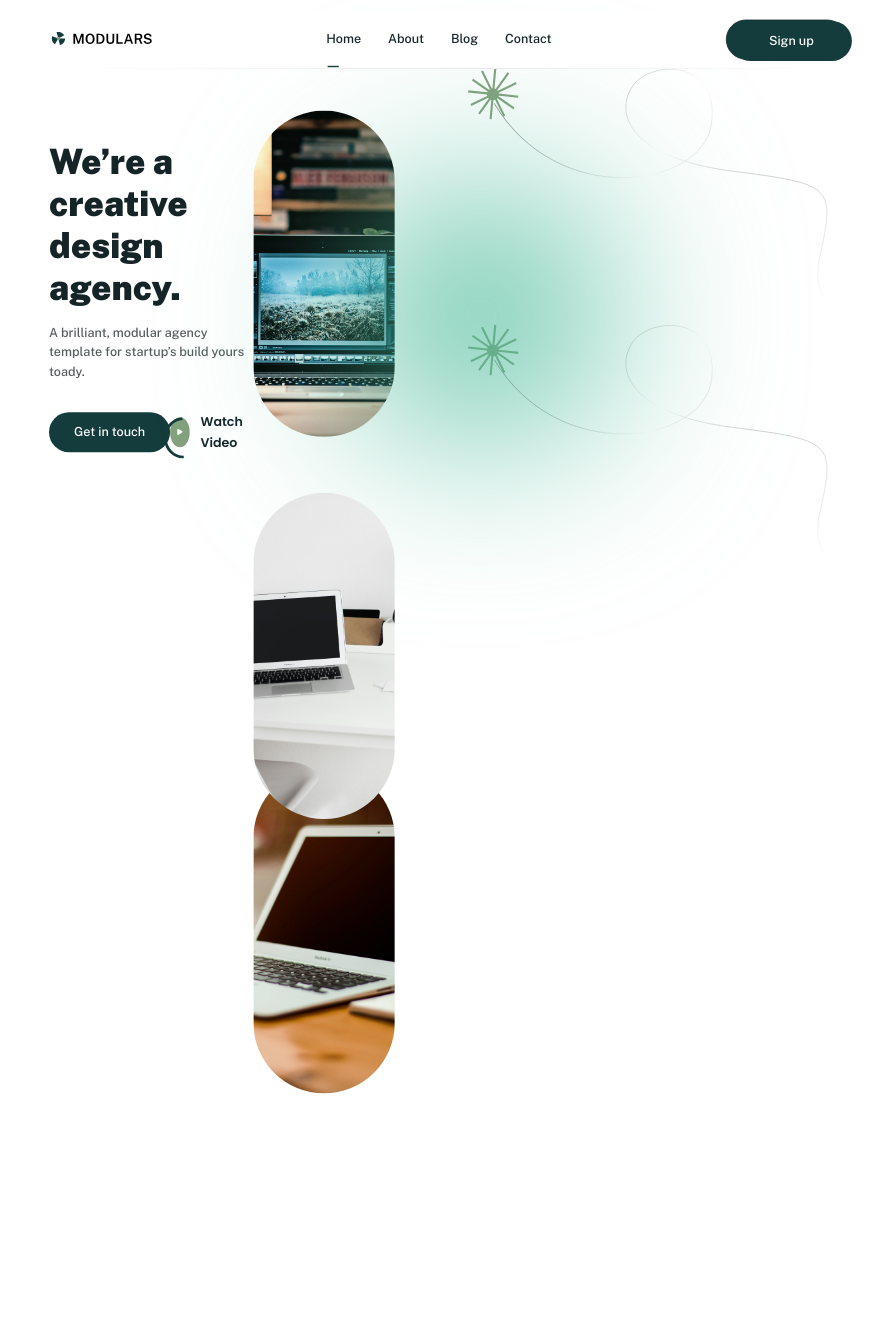
Repository: Learncode-every-day/Project-3.1
Page: index.html
An editor plug-in stored every save of this project. The page is shown before and after the next save, followed by the edit.
The browser window is 1280 px wide. The pictures show the part of the page from y = 0 to 1920 px (the page is 5015 px tall), at 70% of full size.

Above is the page before, as saved 2024-06-23 16:11:46.

### index.html
<!DOCTYPE html>
<html lang="en">
    <head>
        <meta charset="UTF-8" />
        <meta name="viewport" content="width=device-width, initial-scale=1.0" />
        <title>Project 3.1</title>
        <!-- Favicon -->
        <link
            rel="apple-touch-icon"
            sizes="57x57"
            href="./assets/favicon/apple-icon-57x57.png"
        />
        <link
            rel="apple-touch-icon"
            sizes="60x60"
            href="./assets/favicon/apple-icon-60x60.png"
        />
        <link
            rel="apple-touch-icon"
            sizes="72x72"
            href="./assets/favicon/apple-icon-72x72.png"
        />
        <link
            rel="apple-touch-icon"
            sizes="76x76"
            href="./assets/favicon/apple-icon-76x76.png"
        />
        <link
            rel="apple-touch-icon"
            sizes="114x114"
            href="./assets/favicon/apple-icon-114x114.png"
        />
        <link
            rel="apple-touch-icon"
            sizes="120x120"
            href="./assets/favicon/apple-icon-120x120.png"
        />
        <link
            rel="apple-touch-icon"
            sizes="144x144"
            href="./assets/favicon/apple-icon-144x144.png"
        />
        <link
            rel="apple-touch-icon"
            sizes="152x152"
            href="./assets/favicon/apple-icon-152x152.png"
        />
        <link
            rel="apple-touch-icon"
            sizes="180x180"
            href="./assets/favicon/apple-icon-180x180.png"
        />
        <link
            rel="icon"
            type="image/png"
            sizes="192x192"
            href="./assets/favicon/android-icon-192x192.png"
        />
        <link
            rel="icon"
            type="image/png"
            sizes="32x32"
            href="./assets/favicon/favicon-32x32.png"
        />
        <link
            rel="icon"
            type="image/png"
            sizes="96x96"
            href="./assets/favicon/favicon-96x96.png"
        />
        <link
            rel="icon"
            type="image/png"
            sizes="16x16"
            href="./assets/favicon/favicon-16x16.png"
        />
        <link rel="manifest" href="./assets/favicon/manifest.json" />
        <meta name="msapplication-TileColor" content="#ffffff" />
        <meta
            name="msapplication-TileImage"
            content="./assets/favicon/ms-icon-144x144.png"
        />
        <meta name="theme-color" content="#ffffff" />
        <!-- Reset CSS -->
        <link rel="stylesheet" href="./assets/css/reset.css" />
        <!-- Embed Fonts -->
        <link rel="stylesheet" href="./assets/fonts/stylesheet.css" />
        <!-- Style CSS -->
        <link rel="stylesheet" href="./assets/css/style.css" />
    </head>
    <body style="height: 5000px">
        <!-- Header -->
        <header class="header">
            <div class="container">
                <!-- Header top -->
                <div class="header-top">
                    <!-- Logo -->
                    <a href="#!">
                        <img src="./assets/icons/logo.svg" alt="Modulars" />
                    </a>

                    <!-- Navbar -->
                    <nav class="navbar">
                        <ul class="navbar__list">
                            <li class="navbar__item">
                                <a
                                    href="#!"
                                    class="navbar__link navbar__link--active"
                                    >Home</a
                                >
                            </li>
                            <li class="navbar__item">
                                <a href="#!" class="navbar__link">About</a>
                            </li>
                            <li class="navbar__item">
                                <a href="#!" class="navbar__link">Blog</a>
                            </li>
                            <li class="navbar__item">
                                <a href="#!" class="navbar__link">Contact</a>
                            </li>
                        </ul>
                    </nav>

                    <!-- Action -->
                    <button class="header-action">
                        <a href="#!" class="btn">Sign up</a>
                    </button>
                </div>
                <div class="separate-line"></div>
            </div>
        </header>

        <main>
            <!-- Hero -->
            <section class="hero">
                <div class="container">
                    <div class="hero__inner">
                        <!-- Hero Content -->
                        <section class="hero__content">
                            <h1 class="hero__heading">
                                We’re a creative design agency.
                            </h1>
                            <p class="hero__desc">
                                A brilliant, modular agency template for
                                startup’s build yours toady.
                            </p>
                            <div class="hero__row">
                                <a href="#!" class="btn">Get in touch</a>
                                <div class="hero-action">
                                    <div class="play-btn">
                                        <img
                                            src="./assets/icons/eclip.svg"
                                            alt="eclip"
                                            class="eclip-icon"
                                        />
                                        <img
                                            src="./assets/icons/play.svg"
                                            alt="Play button"
                                            class="play-icon"
                                        />
                                    </div>
                                    <span class="hero-action__desc"
                                        >Watch Video</span
                                    >
                                </div>
                            </div>
                        </section>

                        <!-- Hero Media -->
                        <div class="hero__media">
                            <div class="circle"></div>
                            <figure>
                                <img
                                    src="./assets/img/header-1.jpg"
                                    alt=""
                                    class="hero__image"
                                />
                                <img
                                    src="./assets/img/header-2.jpg"
                                    alt=""
                                    class="hero__image"
                                />
                                <img
                                    src="./assets/img/header-3.jpg"
                                    alt=""
                                    class="hero__image"
                                />
                            </figure>
                        </div>

                        <div hero-vector>
                            <img
                                src="./assets/icons/Vector.svg"
                                alt=""
                                class="hero-vector__right"
                            />
                            <img
                                src="./assets/icons/Vector.svg"
                                alt=""
                                class="hero-vector__left"
                            />
                        </div>
                    </div>
                </div>
            </section>
        </main>
    </body>
</html>

### assets/css/reset.css
/* http://meyerweb.com/eric/tools/css/reset/
    v2.0 | 20110126
    License: none (public domain)
*/

html,
body,
div,
span,
applet,
object,
iframe,
h1,
h2,
h3,
h4,
h5,
h6,
p,
blockquote,
pre,
a,
abbr,
acronym,
address,
big,
cite,
code,
del,
dfn,
em,
img,
ins,
kbd,
q,
s,
samp,
small,
strike,
strong,
sub,
sup,
tt,
var,
b,
u,
i,
center,
dl,
dt,
dd,
ol,
ul,
li,
fieldset,
form,
label,
legend,
table,
caption,
tbody,
tfoot,
thead,
tr,
th,
td,
article,
aside,
canvas,
details,
embed,
figure,
figcaption,
footer,
header,
hgroup,
menu,
nav,
output,
ruby,
section,
summary,
time,
mark,
audio,
video {
    margin: 0;
    padding: 0;
    border: 0;
    font-size: 100%;
    font: inherit;
    vertical-align: baseline;
}
/* HTML5 display-role reset for older browsers */
article,
aside,
details,
figcaption,
figure,
footer,
header,
hgroup,
menu,
nav,
section {
    display: block;
}
body {
    line-height: 1;
}
ol,
ul {
    list-style: none;
}
blockquote,
q {
    quotes: none;
}
blockquote:before,
blockquote:after,
q:before,
q:after {
    content: "";
    content: none;
}
table {
    border-collapse: collapse;
    border-spacing: 0;
}

### assets/fonts/stylesheet.css
/* ================= Sonsie One ================= */
@font-face {
    font-family: "Sonsie One";
    src: url("SonsieOne/SonsieOne-Regular.woff2") format("woff2"),
        url("SonsieOne/SonsieOne-Regular.woff") format("woff");
    font-weight: normal;
    font-style: normal;
    font-display: swap;
}

/* ================= Public Sans ================= */
@font-face {
    font-family: "Public Sans";
    src: url("PublicSans/PublicSans-Bold.woff2") format("woff2"),
        url("PublicSans/PublicSans-Bold.woff") format("woff");
    font-weight: bold;
    font-style: normal;
    font-display: swap;
}

@font-face {
    font-family: "Public Sans";
    src: url("PublicSans/PublicSans-ExtraBold.woff2") format("woff2"),
        url("PublicSans/PublicSans-ExtraBold.woff") format("woff");
    font-weight: bold;
    font-style: normal;
    font-display: swap;
}

@font-face {
    font-family: "Public Sans";
    src: url("PublicSans/PublicSans-Light.woff2") format("woff2"),
        url("PublicSans/PublicSans-Light.woff") format("woff");
    font-weight: 300;
    font-style: normal;
    font-display: swap;
}

@font-face {
    font-family: "Public Sans";
    src: url("PublicSans/PublicSans-Medium.woff2") format("woff2"),
        url("PublicSans/PublicSans-Medium.woff") format("woff");
    font-weight: 500;
    font-style: normal;
    font-display: swap;
}

@font-face {
    font-family: "Public Sans";
    src: url("PublicSans/PublicSans-SemiBold.woff2") format("woff2"),
        url("PublicSans/PublicSans-SemiBold.woff") format("woff");
    font-weight: 600;
    font-style: normal;
    font-display: swap;
}

@font-face {
    font-family: "Public Sans";
    src: url("PublicSans/PublicSans-Regular.woff2") format("woff2"),
        url("PublicSans/PublicSans-Regular.woff") format("woff");
    font-weight: normal;
    font-style: normal;
    font-display: swap;
}

@font-face {
    font-family: "Public Sans";
    src: url("PublicSans/PublicSans-BlackItalic.woff2") format("woff2"),
        url("PublicSans/PublicSans-BlackItalic.woff") format("woff");
    font-weight: 900;
    font-style: italic;
    font-display: swap;
}

@font-face {
    font-family: "Public Sans";
    src: url("PublicSans/PublicSans-Black.woff2") format("woff2"),
        url("PublicSans/PublicSans-Black.woff") format("woff");
    font-weight: 900;
    font-style: normal;
    font-display: swap;
}

@font-face {
    font-family: "Public Sans";
    src: url("PublicSans/PublicSans-BoldItalic.woff2") format("woff2"),
        url("PublicSans/PublicSans-BoldItalic.woff") format("woff");
    font-weight: bold;
    font-style: italic;
    font-display: swap;
}

@font-face {
    font-family: "Public Sans";
    src: url("PublicSans/PublicSans-ExtraLight.woff2") format("woff2"),
        url("PublicSans/PublicSans-ExtraLight.woff") format("woff");
    font-weight: 200;
    font-style: normal;
    font-display: swap;
}

@font-face {
    font-family: "Public Sans";
    src: url("PublicSans/PublicSans-ExtraBoldItalic.woff2") format("woff2"),
        url("PublicSans/PublicSans-ExtraBoldItalic.woff") format("woff");
    font-weight: bold;
    font-style: italic;
    font-display: swap;
}

@font-face {
    font-family: "Public Sans";
    src: url("PublicSans/PublicSans-Italic.woff2") format("woff2"),
        url("PublicSans/PublicSans-Italic.woff") format("woff");
    font-weight: normal;
    font-style: italic;
    font-display: swap;
}

@font-face {
    font-family: "Public Sans";
    src: url("PublicSans/PublicSans-LightItalic.woff2") format("woff2"),
        url("PublicSans/PublicSans-LightItalic.woff") format("woff");
    font-weight: 300;
    font-style: italic;
    font-display: swap;
}

@font-face {
    font-family: "Public Sans";
    src: url("PublicSans/PublicSans-ExtraLightItalic.woff2") format("woff2"),
        url("PublicSans/PublicSans-ExtraLightItalic.woff") format("woff");
    font-weight: 200;
    font-style: italic;
    font-display: swap;
}

@font-face {
    font-family: "Public Sans";
    src: url("PublicSans/PublicSans-SemiBoldItalic.woff2") format("woff2"),
        url("PublicSans/PublicSans-SemiBoldItalic.woff") format("woff");
    font-weight: 600;
    font-style: italic;
    font-display: swap;
}

@font-face {
    font-family: "Public Sans";
    src: url("PublicSans/PublicSans-Thin.woff2") format("woff2"),
        url("PublicSans/PublicSans-Thin.woff") format("woff");
    font-weight: 100;
    font-style: normal;
    font-display: swap;
}

@font-face {
    font-family: "Public Sans";
    src: url("PublicSans/PublicSans-MediumItalic.woff2") format("woff2"),
        url("PublicSans/PublicSans-MediumItalic.woff") format("woff");
    font-weight: 500;
    font-style: italic;
    font-display: swap;
}

@font-face {
    font-family: "Public Sans";
    src: url("PublicSans/PublicSans-ThinItalic.woff2") format("woff2"),
        url("PublicSans/PublicSans-ThinItalic.woff") format("woff");
    font-weight: 100;
    font-style: italic;
    font-display: swap;
}

/* ================= Poppins ================= */
@font-face {
    font-family: "Poppins";
    src: url("Poppins/Poppins-LightItalic.woff2") format("woff2"),
        url("Poppins/Poppins-LightItalic.woff") format("woff");
    font-weight: 300;
    font-style: italic;
    font-display: swap;
}

@font-face {
    font-family: "Poppins";
    src: url("Poppins/Poppins-Light.woff2") format("woff2"),
        url("Poppins/Poppins-Light.woff") format("woff");
    font-weight: 300;
    font-style: normal;
    font-display: swap;
}

@font-face {
    font-family: "Poppins";
    src: url("Poppins/Poppins-Medium.woff2") format("woff2"),
        url("Poppins/Poppins-Medium.woff") format("woff");
    font-weight: 500;
    font-style: normal;
    font-display: swap;
}

@font-face {
    font-family: "Poppins";
    src: url("Poppins/Poppins-Italic.woff2") format("woff2"),
        url("Poppins/Poppins-Italic.woff") format("woff");
    font-weight: normal;
    font-style: italic;
    font-display: swap;
}

@font-face {
    font-family: "Poppins";
    src: url("Poppins/Poppins-Thin.woff2") format("woff2"),
        url("Poppins/Poppins-Thin.woff") format("woff");
    font-weight: 100;
    font-style: normal;
    font-display: swap;
}

@font-face {
    font-family: "Poppins";
    src: url("Poppins/Poppins-SemiBoldItalic.woff2") format("woff2"),
        url("Poppins/Poppins-SemiBoldItalic.woff") format("woff");
    font-weight: 600;
    font-style: italic;
    font-display: swap;
}

@font-face {
    font-family: "Poppins";
    src: url("Poppins/Poppins-Regular.woff2") format("woff2"),
        url("Poppins/Poppins-Regular.woff") format("woff");
    font-weight: normal;
    font-style: normal;
    font-display: swap;
}

@font-face {
    font-family: "Poppins";
    src: url("Poppins/Poppins-MediumItalic.woff2") format("woff2"),
        url("Poppins/Poppins-MediumItalic.woff") format("woff");
    font-weight: 500;
    font-style: italic;
    font-display: swap;
}

@font-face {
    font-family: "Poppins";
    src: url("Poppins/Poppins-SemiBold.woff2") format("woff2"),
        url("Poppins/Poppins-SemiBold.woff") format("woff");
    font-weight: 600;
    font-style: normal;
    font-display: swap;
}

@font-face {
    font-family: "Poppins";
    src: url("Poppins/Poppins-BoldItalic.woff2") format("woff2"),
        url("Poppins/Poppins-BoldItalic.woff") format("woff");
    font-weight: bold;
    font-style: italic;
    font-display: swap;
}

@font-face {
    font-family: "Poppins";
    src: url("Poppins/Poppins-BlackItalic.woff2") format("woff2"),
        url("Poppins/Poppins-BlackItalic.woff") format("woff");
    font-weight: 900;
    font-style: italic;
    font-display: swap;
}

@font-face {
    font-family: "Poppins";
    src: url("Poppins/Poppins-Black.woff2") format("woff2"),
        url("Poppins/Poppins-Black.woff") format("woff");
    font-weight: 900;
    font-style: normal;
    font-display: swap;
}

@font-face {
    font-family: "Poppins";
    src: url("Poppins/Poppins-ThinItalic.woff2") format("woff2"),
        url("Poppins/Poppins-ThinItalic.woff") format("woff");
    font-weight: 100;
    font-style: italic;
    font-display: swap;
}

@font-face {
    font-family: "Poppins";
    src: url("Poppins/Poppins-ExtraBold.woff2") format("woff2"),
        url("Poppins/Poppins-ExtraBold.woff") format("woff");
    font-weight: bold;
    font-style: normal;
    font-display: swap;
}

@font-face {
    font-family: "Poppins";
    src: url("Poppins/Poppins-Bold.woff2") format("woff2"),
        url("Poppins/Poppins-Bold.woff") format("woff");
    font-weight: bold;
    font-style: normal;
    font-display: swap;
}

@font-face {
    font-family: "Poppins";
    src: url("Poppins/Poppins-ExtraBoldItalic.woff2") format("woff2"),
        url("Poppins/Poppins-ExtraBoldItalic.woff") format("woff");
    font-weight: bold;
    font-style: italic;
    font-display: swap;
}

@font-face {
    font-family: "Poppins";
    src: url("Poppins/Poppins-ExtraLightItalic.woff2") format("woff2"),
        url("Poppins/Poppins-ExtraLightItalic.woff") format("woff");
    font-weight: 200;
    font-style: italic;
    font-display: swap;
}

@font-face {
    font-family: "Poppins";
    src: url("Poppins/Poppins-ExtraLight.woff2") format("woff2"),
        url("Poppins/Poppins-ExtraLight.woff") format("woff");
    font-weight: 200;
    font-style: normal;
    font-display: swap;
}

### assets/css/style.css
* {
    box-sizing: border-box;
}

:root {
    --bg-color: #143c3c;
    /* Màu thay thế */
    --primary-color: #152427;
    --desc-color: #7d8188;
}

html {
    font-size: 62.5%;
}

body {
    font-size: 1.6rem;
    font-family: "Public Sans";
}

/* ===== Common ===== */
a {
    text-decoration: none;
}

input,
textarea,
select,
button {
    font-family: inherit;
    font-size: inherit;
}

.container {
    width: 1140px;
    max-width: calc(100% - 48px);
    margin: 0 auto;
}

.section-heading {
    color: var(--primary-color);
    font-family: Poppins;
    font-size: 4.2rem;
    font-weight: 600;
    line-height: 1.24; /* 123.81% */
}

.section-desc {
    color: var(--desc-color);
    font-family: Poppins;
    font-size: 1.4rem;
    font-weight: 500;
    line-height: 1.71; /* 171.429% */
}

.btn {
    display: flex;
    align-items: center;
    justify-content: center;
    min-width: 173px;
    height: 57px;
    border-radius: 40px;
    background: var(--bg-color);
    color: #fff;
    font-size: 1.8rem;
    font-weight: 500;
    line-height: 1.56; /* 155.556% */
}

/* ===== Header ===== */
.header {
    position: sticky;
    top: 0;
    background: #fff;
    z-index: 9999;
}

.header-top {
    margin-top: 15px;
    padding: 13px 0;
    display: flex;
    align-items: center;
    justify-content: space-between;
}

.navbar__list {
    display: flex;
    min-width: 322px;
    justify-content: space-between;
}

.navbar__link {
    position: relative;
    color: var(--primary-color);
    font-size: 1.8rem;
    font-weight: 500;
    line-height: 1.56; /* 155.556% */
}

.navbar__link--active::before {
    position: absolute;
    content: "";
    left: 2px;
    bottom: -30px;
    width: 16px;
    height: 2px;
    background: var(--bg-color);
}

.header-action {
    width: 173px;
    height: 57px;
    border-radius: 40px;
    border: 1.5px solid var(--primary-color);
    background: var(--bg-color);
}

.separate-line {
    margin-top: -1px;
    width: 100%;
    height: 1px;
    background: linear-gradient(
        90deg,
        #fff 0%,
        #dddcdc 51.09%,
        rgba(212, 212, 212, 0) 99.68%
    );
}

/* ===== Hero ===== */
.hero__inner {
    display: flex;
    justify-content: space-between;
}

.hero__content {
    width: 35%;
}

.hero__heading {
    margin-top: 103px;
    color: var(--primary-color);
    font-size: 5rem;
    font-weight: 800;
    line-height: 1.2; /* 120% */
}

.hero__desc {
    margin-top: 20px;
    color: #575d5e;
    font-size: 1.8rem;
    font-weight: 500;
    line-height: 1.56; /* 155.556% */
}

.hero__row {
    margin-top: 42px;
    display: flex;
    align-items: center;
    justify-content: space-between;
}

.hero-action {
    position: relative;
    display: flex;
    align-items: center;
    justify-content: center;
}

.hero-action__desc {
    color: var(--primary-color);
    font-family: Poppins;
    font-size: 1.8rem;
    font-weight: 600;
    line-height: 1.67; /* 166.667% */
}

.play-btn {
    margin-right: 15px;
    display: flex;
    align-items: center;
    justify-content: center;
    width: 44px;
    height: 43px;
    border-radius: 50%;
    background: #83a17d;
}

.eclip-icon {
    position: absolute;
    left: -9px;
    bottom: -8px;
}

.hero__media {
    position: relative;
    display: flex;
    margin-right: 23px;
    padding-top: 60px;
}

.circle {
    position: absolute;
    top: 182px;
    left: 156px;
    width: 340px;
    height: 340px;
    border-radius: 50%;
    background: #4dbb9a;
    filter: blur(137px);
}

.hero__image {
    margin-right: 20px;
    height: 466px;
    width: 202px;
    object-fit: cover;
    border-radius: 999px;
}

.hero__image:nth-child(2) {
    transform: translateY(77px);
}

.hero__image:last-child {
    margin-right: 0;
}

### assets/icons/Vector.svg
<svg fill="none" width="547" height="363" xmlns="http://www.w3.org/2000/svg"><foreignObject width="100%" height="100%"><div xmlns="http://www.w3.org/1999/xhtml"><style>.container{display:flex;align-items:left;justify-content:center;width:100%;height:363px;background-color:transparent}.skills{position:relative;}.snowflakes{position:absolute;top:0;left:5px}.vector{position:relative;top:0;left:42px}</style><div class="container"><div class="skills"><div class="skills_icon snowflakes"><img src="data:[embedded picture, 1790 characters]"  alt="snowflakes"/></div><div class="skills_icon vector"><img src="data:[embedded picture, 826 characters]"  alt="vecter"/></div></div></div></div></foreignObject></svg>

After the next save:
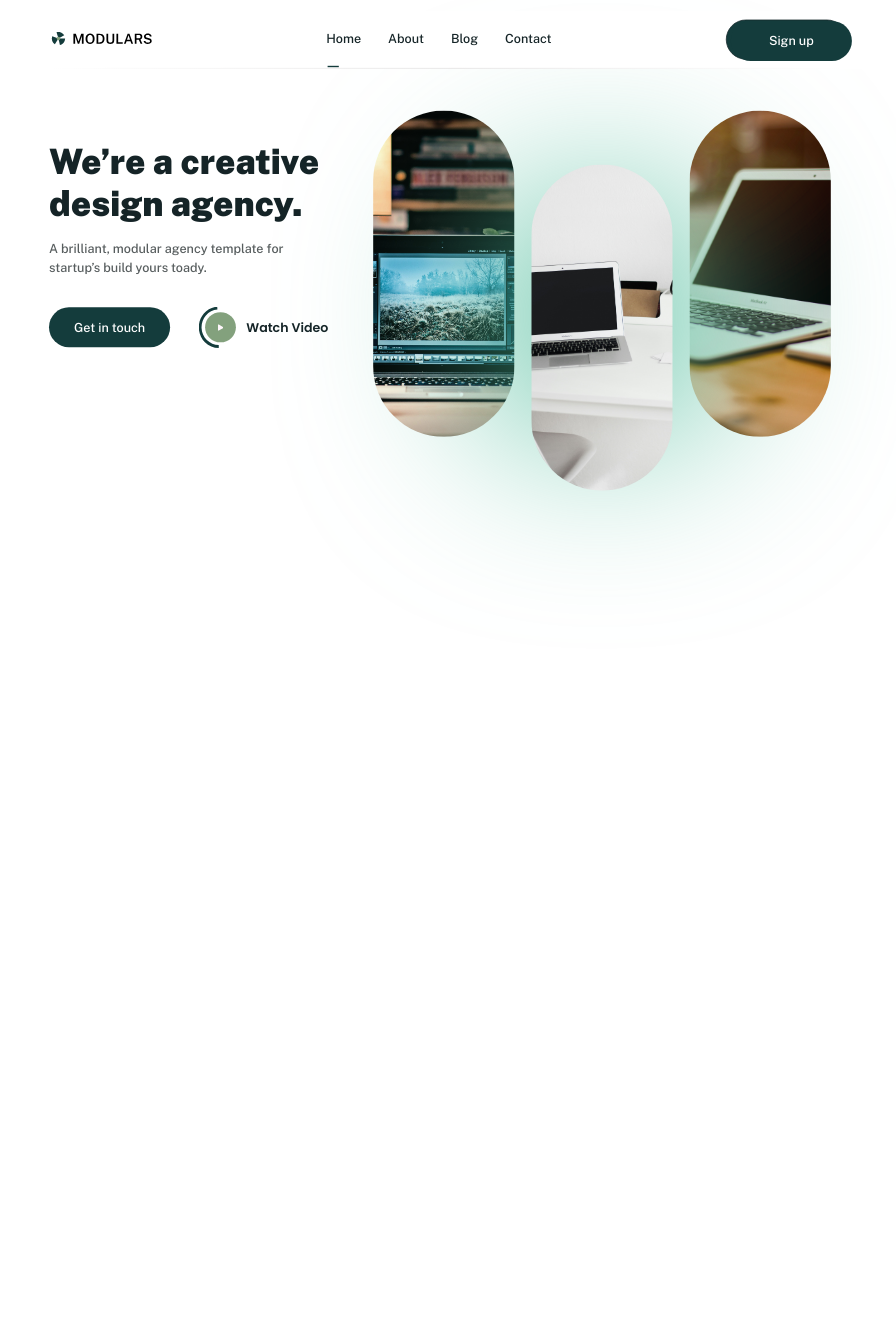
Saved 10 s later.
--- a/index.html
+++ b/index.html
@@ -187,19 +187,6 @@
                                 />
                             </figure>
                         </div>
-
-                        <div hero-vector>
-                            <img
-                                src="./assets/icons/Vector.svg"
-                                alt=""
-                                class="hero-vector__right"
-                            />
-                            <img
-                                src="./assets/icons/Vector.svg"
-                                alt=""
-                                class="hero-vector__left"
-                            />
-                        </div>
                     </div>
                 </div>
             </section>
